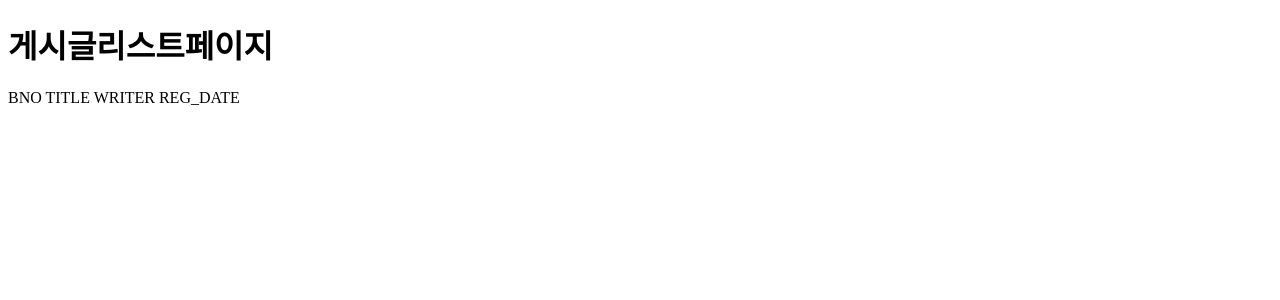
Repository: gatsby5959/_jsp_workspace_brd-mem_copy
Page: http://localhost/jsp_BoardMember/board/list.jsp
The author's editor kept a copy of each file at every save. The page is drawn from the files as they stood at one save, then again after the next save.
The browser window is 1280 px wide. The pictures show the whole page.
The page is served by Tomcat 9. Other server files are loaded and not shown.

Above is the page before, as saved 2023-09-07 07:00:08.

### jsp_BoardMember/src/main/webapp/board/list.jsp
<%@ page language="java" contentType="text/html; charset=UTF-8"
	pageEncoding="UTF-8"%>
<!DOCTYPE html>
<html>
<head>
<meta charset="UTF-8">
<title>Insert title here</title>
</head>
<body>
	<h1>게시글리스트페이지</h1>
	<tr border="1">
		<th>BNO</th>
		<th>TITLE</th>
		<th>WRITER</th>
		<th>REG_DATE</th>
	</tr>
</body>
</html>

After the next save:
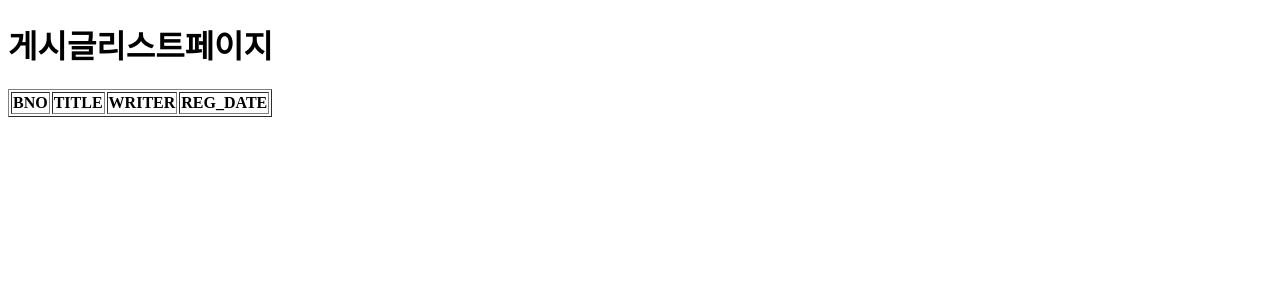
Saved 69 s later.
--- a/jsp_BoardMember/src/main/webapp/board/list.jsp
+++ b/jsp_BoardMember/src/main/webapp/board/list.jsp
@@ -8,11 +8,13 @@
 </head>
 <body>
 	<h1>게시글리스트페이지</h1>
-	<tr border="1">
+	<table border="1">
+	<tr>
 		<th>BNO</th>
 		<th>TITLE</th>
 		<th>WRITER</th>
 		<th>REG_DATE</th>
 	</tr>
+	</table>
 </body>
 </html>
